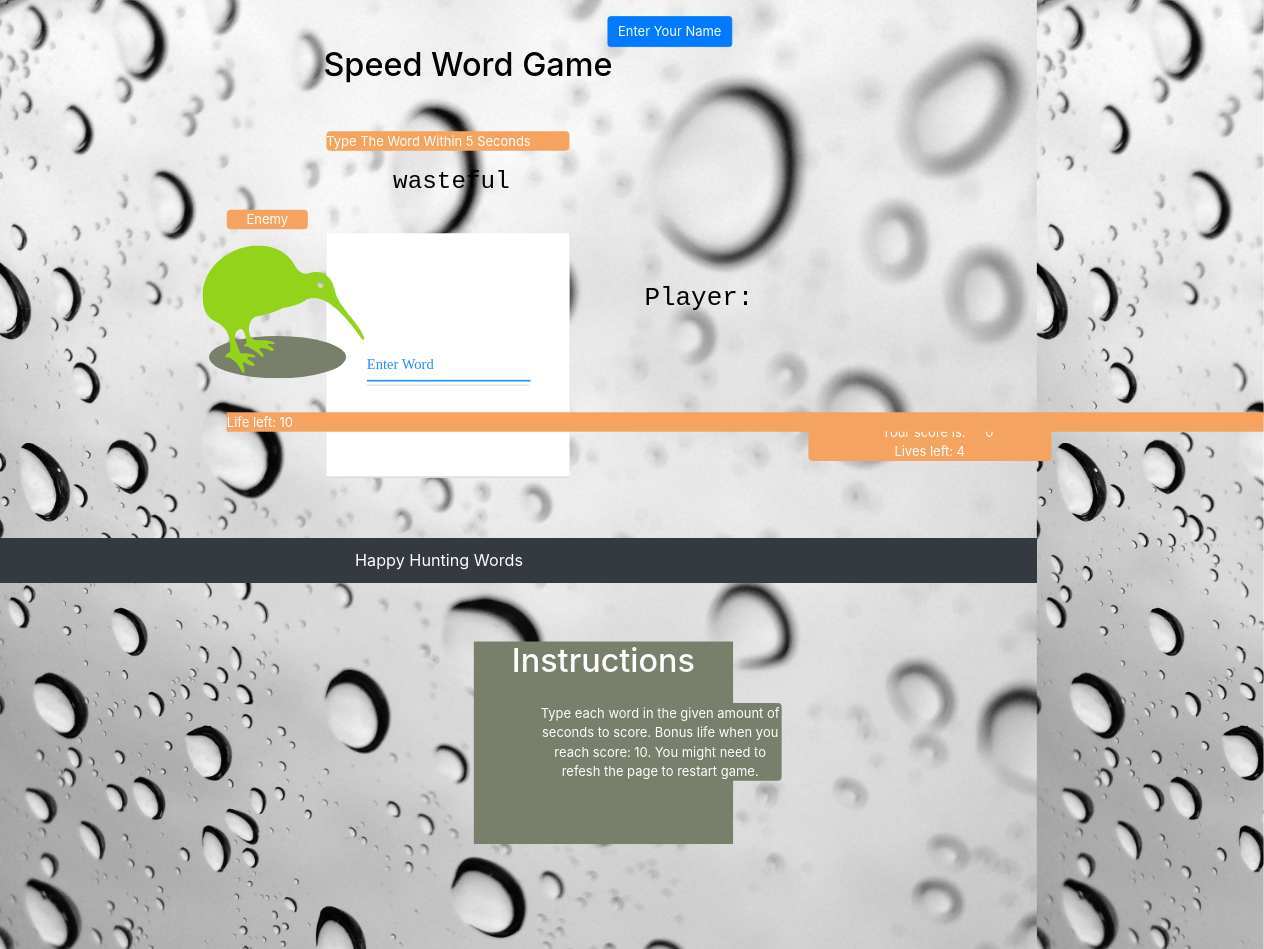
Repository: konstantin0s/word-game-project
Page: modal.html
These files come from the project's save history. The page is drawn as it stood at one moment and after a run of saves; the edit follows.
The browser window is 1280 px wide. The page is 1560 px wide, then 1298 px, so the pictures cover 1560 px, including what lies to the right of the window. The pictures show the whole page, at 81% of full size.
Backgrounds fixed to the window are drawn as part of the page. Some web libraries are served in a nearby version.

Above is the page before, as saved 2019-02-14 11:10:20.

### modal.html
<!DOCTYPE html>
<html lang="en">

<head>

  <meta charset="utf-8">
  <meta name="viewport" content="width=device-width, initial-scale=1, shrink-to-fit=no">
  <meta name="description" content="">
  <meta name="author" content="">

  <title>Speed Word Game</title>
  <!-- <link rel="stylesheet" href="https://maxcdn.bootstrapcdn.com/bootstrap/3.4.0/css/bootstrap.min.css"> -->
  <script src="https://ajax.googleapis.com/ajax/libs/jquery/3.3.1/jquery.min.js"></script>
  <script src="https://maxcdn.bootstrapcdn.com/bootstrap/3.4.0/js/bootstrap.min.js"></script>
  <script src="https://cdnjs.cloudflare.com/ajax/libs/p5.js/0.7.3/p5.js"></script>
  <!-- Bootstrap core CSS -->
  <link href="vendor/bootstrap/css/bootstrap.min.css" rel="stylesheet">

  <!-- Custom styles for this template -->
  <link href="css/the-big-picture.css" rel="stylesheet">
  <link rel="stylesheet" href="css/style.css">

</head>

<body>

  <!-- Navigation -->
  <nav class="navbar navbar-expand-lg navbar-dark bg-dark fixed-bottom">
    <div class="container">
      <a class="navbar-brand" href="#">Happy Hunting Words</a>
      <button class="navbar-toggler" type="button" data-toggle="collapse" data-target="#navbarResponsive" aria-controls="navbarResponsive" aria-expanded="false" aria-label="Toggle navigation">
        <span class="navbar-toggler-icon"></span>
      </button>
      <div class="collapse navbar-collapse" id="navbarResponsive">
      </div>
    </div>
  </nav>



<!-- Button trigger modal -->
<button type="button" id="clearPlayer" class="btn btn-primary" data-toggle="modal" data-target="#exampleModalCenter">
    Enter Your Name
  </button>

  <!-- Modal -->
  <div class="modal fade" id="exampleModalCenter" tabindex="-1" role="dialog" aria-labelledby="exampleModalCenterTitle" aria-hidden="true">
    <div class="modal-dialog modal-dialog-centered" role="document">
      <div class="modal-content">
        <div class="modal-header">
          <h5 class="modal-title" id="exampleModalLongTitle">Player Name</h5>
          <button type="button" class="close" data-dismiss="modal" aria-label="Close">
            <span aria-hidden="true">&times;</span>
          </button>
        </div>
        <div class="modal-body">
            <h3 id="playerN">Enter Your Name</h3>
            <input id="name" onchange="say_hi()">
        </div>
      </div>
    </div>
  </div>
<h2 id="user">
  Player:
</h2>

<div id="output"></div>

  <!-- Page Content -->
  <section>
    <div class="container">
      <div class="row">
        <div class="col-lg-6">
          <h1 class="mt-5">Speed Word Game</h1>
          <p class="type">Type The Word Within
            <span id="sec"></span>
            Seconds</p>
          <div id="wordsDisplay">

          </div>
          <div id="time">
           <p>Time left:</p> <span id="timeLeft"></span>
          </div>
          <div id="userDetails">
             Your score is: <span id="score">0</span><br>
             Lives left: <span id="lives">3</span>
          </div>
          <div class="wrapper">
            <input class="input" id="inputWord" onchange="compareGuess()" placeholder="Enter Word" type="text"  autofocus>
            <span class="underline"></span>
        </div>
        </div>
      </div>
    </div>
  </section>

  <div id="corWrong"></div>

   <p id="messageP"></p>
   <div class="enemy">
    Life left: <span id="enemyLife">10</span>
   </div>
  <svg version="1.1" id="Layer_1" xmlns="http://www.w3.org/2000/svg" xmlns:xlink="http://www.w3.org/1999/xlink" x="0px" y="0px"
  width="612px" height="502.174px" viewBox="0 65.326 612 502.174" enable-background="new 0 65.326 612 502.174"
  xml:space="preserve" class="logo">

<ellipse class="ground" cx="283.5" cy="487.5" rx="259" ry="80"/>
<path class="kiwi" d="M210.333,65.331C104.367,66.105-12.349,150.637,1.056,276.449c4.303,40.393,18.533,63.704,52.171,79.03
 c36.307,16.544,57.022,54.556,50.406,112.954c-9.935,4.88-17.405,11.031-19.132,20.015c7.531-0.17,14.943-0.312,22.59,4.341
 c20.333,12.375,31.296,27.363,42.979,51.72c1.714,3.572,8.192,2.849,8.312-3.078c0.17-8.467-1.856-17.454-5.226-26.933
 c-2.955-8.313,3.059-7.985,6.917-6.106c6.399,3.115,16.334,9.43,30.39,13.098c5.392,1.407,5.995-3.877,5.224-6.991
 c-1.864-7.522-11.009-10.862-24.519-19.229c-4.82-2.984-0.927-9.736,5.168-8.351l20.234,2.415c3.359,0.763,4.555-6.114,0.882-7.875
 c-14.198-6.804-28.897-10.098-53.864-7.799c-11.617-29.265-29.811-61.617-15.674-81.681c12.639-17.938,31.216-20.74,39.147,43.489
 c-5.002,3.107-11.215,5.031-11.332,13.024c7.201-2.845,11.207-1.399,14.791,0c17.912,6.998,35.462,21.826,52.982,37.309
 c3.739,3.303,8.413-1.718,6.991-6.034c-2.138-6.494-8.053-10.659-14.791-20.016c-3.239-4.495,5.03-7.045,10.886-6.876
 c13.849,0.396,22.886,8.268,35.177,11.218c4.483,1.076,9.741-1.964,6.917-6.917c-3.472-6.085-13.015-9.124-19.18-13.413
 c-4.357-3.029-3.025-7.132,2.697-6.602c3.905,0.361,8.478,2.271,13.908,1.767c9.946-0.925,7.717-7.169-0.883-9.566
 c-19.036-5.304-39.891-6.311-61.665-5.225c-43.837-8.358-31.554-84.887,0-90.363c29.571-5.132,62.966-13.339,99.928-32.156
 c32.668-5.429,64.835-12.446,92.939-33.85c48.106-14.469,111.903,16.113,204.241,149.695c3.926,5.681,15.819,9.94,9.524-6.351
 c-15.893-41.125-68.176-93.328-92.13-132.085c-24.581-39.774-14.34-61.243-39.957-91.247
 c-21.326-24.978-47.502-25.803-77.339-17.365c-23.461,6.634-39.234-7.117-52.98-31.273C318.42,87.525,265.838,64.927,210.333,65.331
 z M445.731,203.01c6.12,0,11.112,4.919,11.112,11.038c0,6.119-4.994,11.111-11.112,11.111s-11.038-4.994-11.038-11.111
 C434.693,207.929,439.613,203.01,445.731,203.01z"/>
<filter id="pictureFilter" >
 <feGaussianBlur stdDeviation="15" />
</filter>
</svg>


<div class="instructions">
  <h1>Instructions</h1>
  <p>Type each word in the given amount of seconds to score.
    Bonus life when you reach score: 10.
    You might need to refesh the page to restart game.
  </p>
</div>

  <!-- Bootstrap core JavaScript -->
  <script src="vendor/jquery/jquery.min.js"></script>
  <script src="vendor/bootstrap/js/bootstrap.bundle.min.js"></script>
  <script src="js/main.js"></script>

</body>

</html>

### css/the-big-picture.css
/*!
 * Start Bootstrap - The Big Picture (https://startbootstrap.com/template-overviews/the-big-picture)
 * Copyright 2013-2019 Start Bootstrap
 * Licensed under MIT (https://github.com/BlackrockDigital/startbootstrap-the-big-picture/blob/master/LICENSE)
 */
body {
  background: url('../img/drop.jpg') no-repeat center center fixed;
  -webkit-background-size: cover;
  -moz-background-size: cover;
  background-size: cover;
  -o-background-size: cover;
}

### css/style.css
body {
  margin: 0;
  padding: 0;
  z-index: 40;
  overflow-x: hidden;
}

.container {
  display: flex;
  flex-direction: column;
  justify-content: center;

}

.container .type {
   position: relative;
   top: 20px;
}
.mt-5 {
  color: black;
  text-align: center;
  position: relative;
  top: -30px;
  left: 290px;
}
.wrapper {
  background-color: #FFF;
  border-radius: 2px;
  box-shadow: 0px 2px 1px 0px #DDD;
  box-sizing: border-box;
  height: 300px;
  left: 550px;
  margin: -150px 0 0 -150px;
  position: absolute;
  top: 400px;
  width: 300px;

}

.input {
  background-color: transparent;
  border: none;
  border-bottom: 1px solid #CCC;
  color: #555;
  box-sizing: border-box;
  font-family: 'Arvo';
  font-size: 18px;
  height: 50px;
  left: 50%;
  margin: -25px 0 0 -100px;
  padding: 10px 0px;
  position: relative;
  top: 50%;
  width: 200px;

  &:focus {
    outline: none;
  }
}

input::-webkit-input-placeholder {
  color: #AAA;
}

input:focus::-webkit-input-placeholder {
  color: dodgerblue;
}

.input:focus+.underline {
  transform: scale(1);
}

.underline {
  background-color: dodgerblue;
  display: inline-block;
  height: 2px;
  left: 50px;
  margin-top: -4px;
  position: absolute;
  top: 185px;
  -webkit-transform: scale(0, 1);
  transform: scale(0, 1);
  -webkit-transition: all 0.5s linear;
  transition: all 0.5s linear;
  width: 202px;
}


font {
  color: white;
}

#wordsDisplay {
  position: relative;
  top: 20px;
  left: 387px;
  color: black;
  font-family: 'Courier New', Courier, monospace;
  font-size: 30px;
  width: 305px;
  text-align: center;
}
#userDetails {
  position: relative;
  top: 230px;
 float: right;
 /* left: 500px; */
 left: 740px;
  color: white;
  background-color: sandybrown;
  width: 300px;
  text-align: center;
  border-radius: 5px;
}

#score {
  position: relative;
  top: 0px;
  left: 20px;
  color: white;
  background-color: sandybrown;
}

#time {
  text-align: center;
}

 p {
  position: relative;
  top: 450px;
  left: 385px;
  color: white;
  background-color: sandybrown;
  width: 300px;
  border-radius: 5px;
 }

#timeLeft {
  position: relative;
  top: 400px;
  left: 330px;
  color: white;
  background-color: sandybrown;
}

.sec {
  position: relative;
  top: 400px;
  left: 330px;
  color: white;
  background-color: sandybrown;
}

b {
  color: black;
  text-transform: capitalize;;
}

#user {
  position: relative;
  top: 350px;
  right: 350px;
  float: right;
  color: black;
  font: 33px;
  font-family: 'Courier New', Courier, monospace;
}

#output {
  position: relative;
  color: black;
  float: right;
  right: 250px;
  font-size:28px;
  top: 410px;
}

#playerN {
  color: black;
}

.newP {
  position: relative;
  left: 40px;
  top: 120px;
}

.navbar-brand {
  position: relative;
  left: -90px;
}


@import "compass/css3";

.logo {
  position: relative;
  width: 200px;
  height: 164px;
  left: 250px;
  top: -100px;
}

.kiwi {
  fill: #94d31b;

}
.kiwi:hover {
  fill: #ace63c;
}

.ground {
  fill: #787f6a;
}
.ground:hover {
  filter: url(#pictureFilter);
  fill: #896d3d;
}

#messageP {
  position: relative;
  top: -80px;
  width: 100px;
  left: 280px;
  text-align: center;
}

.instructions {
  background-color: #787f6a;
  width: 25%;
  height: 250px;
  color: white;
  position: relative;
  left: 580px;
  top: 220px;
  margin: 5px;
  text-align: center;
  margin-bottom: 350px;
}

.instructions p {
  background-color: #787f6a;
  position: relative;
  left: 80px;
  top: 20px;
  width: 1005;
  text-align: center;
}

#clearPlayer {
  position: relative;
  top: 20px;
  left: 750px;
}

#corWrong {
  position: relative;
  left: 780px;
  top: 270px;
  color: black;
  font: 30px;
}

#enemyLife {
  color: white;
  background-color: sandybrown;

}
 .enemy {
   left: 280px;
   position: relative;
   top:130px;
   color: white;
   background-color: sandybrown;
 }

#modalContainer {
	background-color:rgba(0, 0, 0, 0.3);
	position:absolute;
  top:0;
	width:100%;
	height:100%;
	left:0px;
	z-index:10000;
  /* background: url('../img/drop.jpg') no-repeat center center fixed;required by MSIE to prevent actions on lower z-index elements */
}

#alertBox {
	position:relative;
  width:43%;
  height: 25%;
	min-height:100px;
  max-height:400px;
	margin-top:50px;
	border:1px solid #fff;
	background-color:#fff;
	background-repeat:no-repeat;
  top:30%;
  left: 500px;
}

#modalContainer > #alertBox {
  position:fixed;
}

#alertBox h1 {
	margin:0;
	font:bold 1em Raleway,arial;
	background-color:#f97352;
  color:#FFF;
  text-align: center;
	border-bottom:1px solid #f97352;
	padding:10px 0 10px 5px;
}

#alertBox p {
 height:50px;
	padding-left:5px;
  padding-top:30px;
  text-align:center;
   vertical-align:middle;
  visibility: hidden;
}

#alertBox #closeBtn {
	display:block;
	position:relative;
	margin:10px auto 10px auto;
  padding:7px;
	border:0 none;
	width:170px;
	text-transform:uppercase;
	text-align:center;
	color:#FFF;
	background-color:#f97352;
	border-radius: 0px;
	text-decoration:none;
  outline:0!important;
} */

/* unrelated styles */

 /* #mContainer {
  position:relative;
	width:600px;
	margin:auto;
	padding:5px;
	border-top:2px solid #fff;
	border-bottom:2px solid #fff;
}

h1,h2 {
	margin:0;
  padding:4px;
}

code {
	font-size:1.2em;
	color:#069;
}

#credits {
	position:relative;
	margin:25px auto 0px auto;
	width:350px;
	font:0.7em verdana;
	border-top:1px solid #000;
	border-bottom:1px solid #000;
	height:90px;
	padding-top:4px;
}

#credits img {
	float:left;
	margin:5px 10px 5px 0px;
	border:1px solid #000000;
	width:80px;
	height:79px;
}

.important {
	background-color:#F5FCC8;
	padding:2px;

}

@media (max-width: 600px)
{
  #alertBox {
	position:relative;
	width:90%;
  top:30%;
}
} */

### js/main.js
function say_hi() {
  var name = document.getElementById("name").value;
  var html = "<b>" + name + "</b> ";
 document.getElementById("output").innerHTML = html;
}

function clearPlayer() {
  document.getElementById("name").value = "";
  var input = document.getElementById("name");
  input.style.visibility = "hidden";
  var playerN = document.getElementById("playerN");
  playerN.style.visibility = "hidden";
  var clearPlayer = document.getElementById("clearPlayer");
  clearPlayer.style.visibility = "hidden";
  var exampleModalCenter = document.getElementById("exampleModalCenter");
  exampleModalCenter.style.visibility = "none";
  var modalContent = document.getElementsByClassName("modal-content");
  modalContent.style.visibility = "hidden";
}

  (function() {
    setInterval(function(){
      clearPlayer();
    }, 10000);
}());

  var wordGeneratorLevel1 = function() {
    setInterval(function(){
      generate();
    }, 5000);
    timer();
  }

  var wordGeneratorLevel2 = function() {
    setInterval(function(){
      generate();
    }, 3000);
    timer();
}

var input = document.getElementById("inputWord");
input.addEventListener('keyup',function(e){
  if (e.keyCode == 13) {
}
});

  var wordsLevel1 = [
    "clever", "amongst", "implementing", "intelectual", "sensual", "amazing", "beautify", "project", "tall",
"curl", "rate", "busy", "unusual", "extend", "exclusive", "ray", "shy", "wasteful", "unbecoming", "fallacious",
"toothbrush", "bounce", "brightwork", "verkrampte", "protectrix", "nudibranch", "grandchild", "newfangled", "flugelhorn", "mythologer"
     ];

     var wordsLevel2 = [
      "jackhammer",
     "brightwork", "verkrampte", "protectrix", "nudibranch", "grandchild", "newfangled", "flugelhorn", "mythologer",
     "pluperfect", "jellygraph", "quickthorn", "rottweiler", "technician", "cowpuncher", "middlebrow",
     "jackhammer", "triphthong", "wunderkind", "dazzlement", "jabberwock", "witchcraft","pawnbroker", "thumbprint", "motorcycle"
       ];


  var randomDiv = document.getElementById("wordsDisplay");
  var addScore = document.getElementById("score");
  var freshLives = document.getElementById("lives");
  var timeLeft = document.getElementById("timeLeft");
  var svgLogo = document.getElementById("Layer_1");
   var messagePlayer = document.getElementById("messageP");
   var corWrong = document.getElementById("corWrong");
   var dinaSec = document.getElementById("sec");
   var enemy = document.getElementById("enemyLife");
  var randomIndex;
  var newText;
  var score = 0;
  var lives = 5;
  var seconds = 5;
  enemyLife = 10;


  function flashLogo() {
    var interval = window.setInterval(function(){
      if(svgLogo.display !== "hidden"){
        svgLogo.style.visibility = "hidden";

      }else{
        svgLogo.style.visibility = "hidden";
      }
  }, 1000);
  }

  function checkLife() {
    if (lives == 0) {
      createCustomAlert(); // game over

      setInterval(function(){
          window.location.href = "http://127.0.0.1:5500/index.html";
      }, 10000);
      score = 0;
      addScore.textContent = "0"
      resetInput();
      lives = 5;
      freshLives.innerHTML = lives;
    }
  }


  function generate() {
   randomIndex = Math.ceil((Math.random() * wordsLevel1.length - 1));
   newText = wordsLevel1[randomIndex];
   randomDiv.innerHTML = newText;

  }

  function generateLevel2() {
    randomIndex = Math.ceil((Math.random() * wordsLevel2.length - 1));
    newText = wordsLevel2[randomIndex];
    randomDiv.innerHTML = newText;
   }

  var flag;
  function compareGuess() {
    var searchWord = document.getElementById("inputWord").value;
    var wordName = document.getElementById("wordsDisplay");
    messagePlayer.innerHTML = "Enemy";
    flag = false;
         if (searchWord == wordName.innerHTML) {
          corWrong.innerHTML = "Correct!!!"
          wordName.style.height = "40px";
           wordName.style.backgroundColor = "yellow";
           score++;
           enemyLife--;
           enemy.innerHTML = enemyLife;
           if (enemyLife == 0) {
            enemy.innerText = "";
           }
           addScore.textContent = score;
           flag = true;
           if (score >= 10 && score <= 11) {
            var audio = new Audio('https://interactive-examples.mdn.mozilla.net/media/examples/t-rex-roar.mp3');
            audio.play();
             lives++
            enemy.innerHTML = enemyLife;
            enemy.innerText = "DeaD";
             freshLives.innerHTML = lives;
            flashLogo();
            messagePlayer.innerHTML = "I'm Outta Here :)";
           }
           clearInterval(timer);
           setInterval(function(){
            wordName.style.backgroundColor = "";
          }, 1500);
          resetInput();
             flag = true;
         } else {
           wordName.style.backgroundColor = "";
         }

         if (flag == false) {
          lives--;
          freshLives.innerHTML = lives;
          corWrong.innerHTML = "Wrong!!!"
          resetInput();
         }
         checkLife();
      }

      function timer() {
        setInterval(function(){
          seconds--;
          dinaSec.innerHTML = seconds;
          timeLeft.innerHTML = seconds;
          if (seconds == 0 && !flag) {
            lives--;
          }
           if(seconds == 0) {
            freshLives.innerHTML = lives;
            seconds = currentLevel + 1;
            dinaSec.innerHTML = seconds;
            timeLeft.innerHTML = seconds;
            checkLife();
            flag = false;
           }
      }, 1000);
      }

 function resetInput() {
  document.getElementById("inputWord").value = "";
  }


  function init() {
    wordGeneratorLevel1();
    lives = 5;
    freshLives.innerHTML = lives;
    messagePlayer.innerHTML = "Enemy";
   }

 window.onload = init;

   var levels = {
    easy: 6,
    medium: 4,
    hard: 2
  }
  var currentLevel = levels.medium;


 var ALERT_TITLE = "Game Over!\n Restart?";
var ALERT_BUTTON_TEXT = "Ok";

if(document.getElementById) {
	window.alert = function(txt) {
    createCustomAlert(txt);
	}
}

function createCustomAlert(txt) {
	d = document;

  if(d.getElementById("modalContainer"))
   return;

	mObj = d.getElementsByTagName("body")[0].appendChild(d.createElement("div"));
	mObj.id = "modalContainer";
	mObj.style.height = d.documentElement.scrollHeight + "px";

	alertObj = mObj.appendChild(d.createElement("div"));
	alertObj.id = "alertBox";
	if(d.all && !window.opera) alertObj.style.top = document.documentElement.scrollTop + "px";
	alertObj.style.left = (d.documentElement.scrollWidth - alertObj.offsetWidth)/2 + "px";
  alertObj.style.visiblity="visible";
  alertObj.style.left="480px";

	h1 = alertObj.appendChild(d.createElement("h1"));
	h1.appendChild(d.createTextNode(ALERT_TITLE));

	msg = alertObj.appendChild(d.createElement("p"));
	//msg.appendChild(d.createTextNode(txt));
  msg.innerHTML = txt;
  audio = new Audio('http://www.project818.com/files/music/TI-Justin-Timberlake-Dead-and-Gone.mp3');
  audio.play();

	btn = alertObj.appendChild(d.createElement("a"));
	btn.id = "closeBtn";
	btn.appendChild(d.createTextNode(ALERT_BUTTON_TEXT));
	btn.href = "#";
	btn.focus();
  btn.onclick = function() { removeCustomAlert();
      audio.pause();
      window.location.href = "http://127.0.0.1:5500/index.html";
    return false; }

	alertObj.style.display = "block";

}

function removeCustomAlert() {
  document.getElementsByTagName("body")[0].removeChild(document.getElementById("modalContainer"));
  window.location.href = "http://127.0.0.1:5500/index.html";

}
function ful(){
alert('Game Over!!!');
}

Loaded but not shown: vendor/bootstrap/css/bootstrap.min.css (library); vendor/jquery/jquery.min.js (library); vendor/bootstrap/js/bootstrap.bundle.min.js (library)

After the next 3 saves:
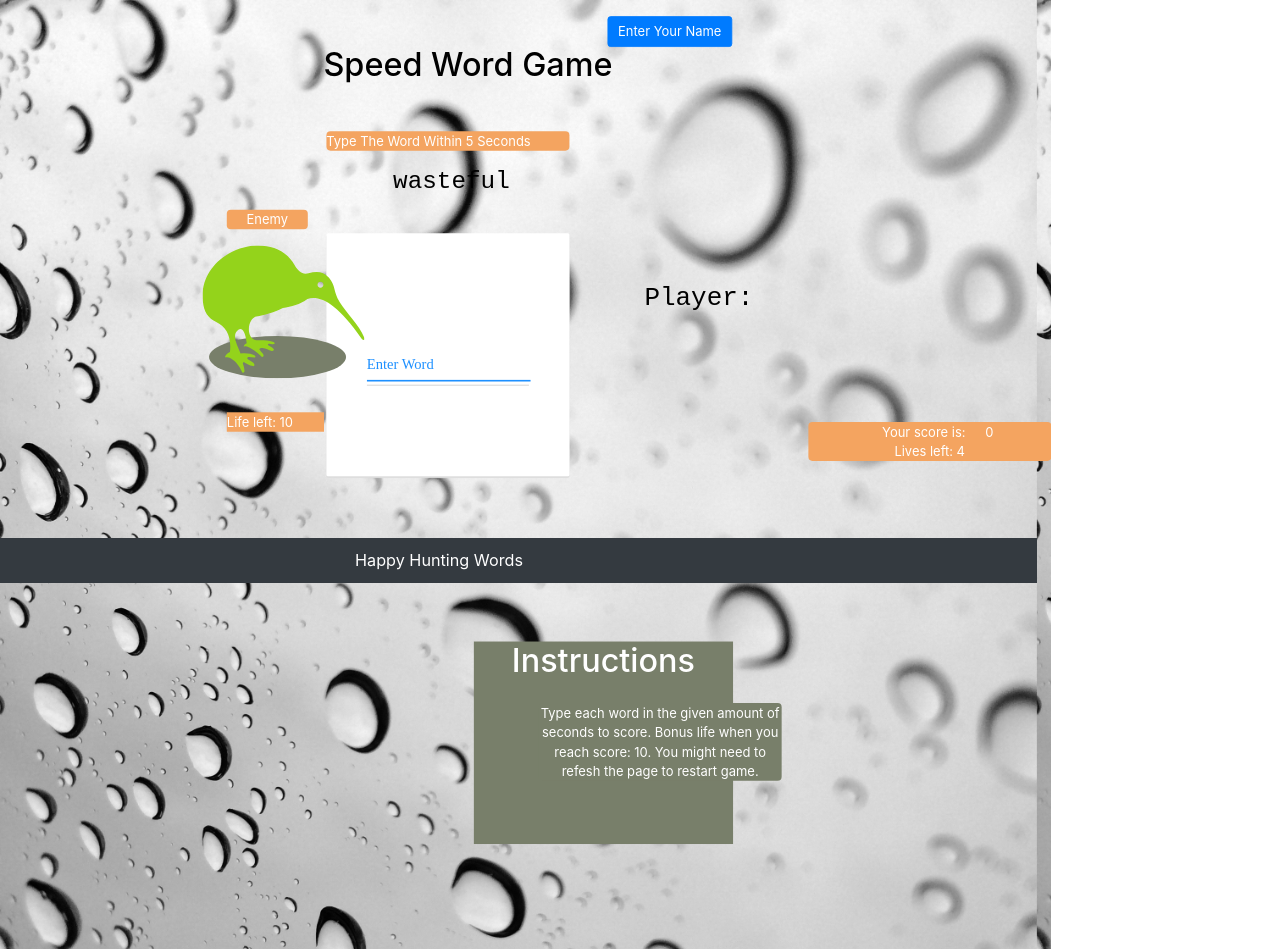
The 3 saves are shown as one change because they came seconds apart.
The last was saved 15 s later.
--- a/css/style.css
+++ b/css/style.css
@@ -272,6 +272,7 @@ b {
    top:130px;
    color: white;
    background-color: sandybrown;
+   width: 120px;
  }
 
 #modalContainer {
